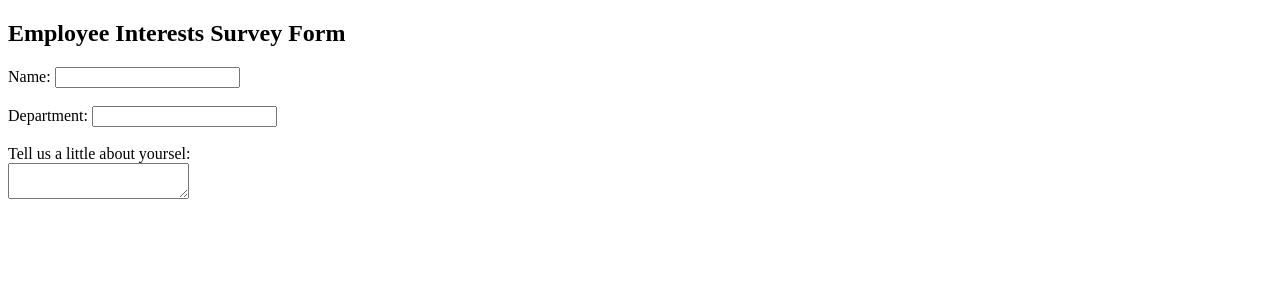
Repository: JoaoLemesDEV/Exercise-Survey-Form
Page: index.html
These files come from the project's save history. The page is drawn as it stood at one moment and after a run of saves; the edit follows.
The browser window is 1280 px wide. The pictures show the whole page.

Above is the page before, as saved 2021-10-10 18:22:27.

### index.html
<!DOCTYPE html>
<html lang="en">
<head>
  <meta charset="UTF-8">
  <meta http-equiv="X-UA-Compatible" content="IE=edge">
  <meta name="viewport" content="width=device-width, initial-scale=1.0">
  <title>Survey Form</title>
</head>
<body>
  <h2>Employee Interests Survey Form</h2>
  <label for="name">Name: </label>
  <input type="text" name="name" id=""><br><br>
  <label for="dep">Department:</label>
  <input type="text" name="dep" id=""><br><br>
  <label for="comment">Tell us a little about yoursel:</label><br>
  <textarea name="comment" id="comment" cols="20" rows="2"></textarea>


</body>
</html>

After the next 2 saves:
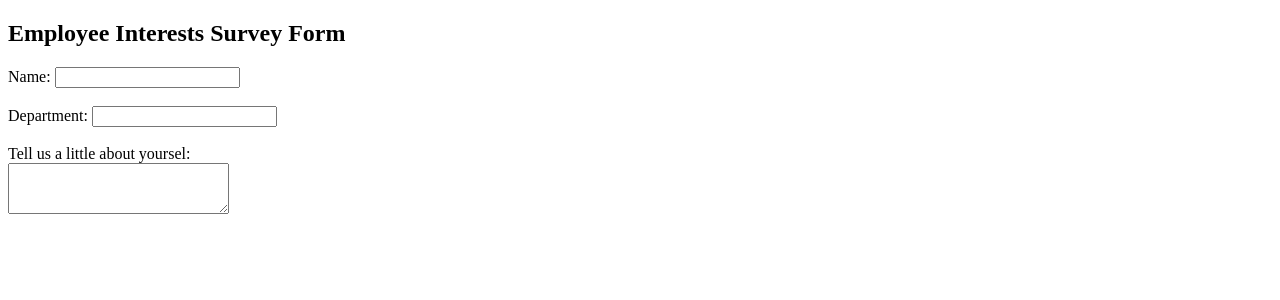
The 2 saves are shown as one change because they came seconds apart.
The last was saved 7 s later.
--- a/index.html
+++ b/index.html
@@ -13,7 +13,7 @@
   <label for="dep">Department:</label>
   <input type="text" name="dep" id=""><br><br>
   <label for="comment">Tell us a little about yoursel:</label><br>
-  <textarea name="comment" id="comment" cols="20" rows="2"></textarea>
+  <textarea name="comment" id="comment" cols="25" rows="3"></textarea>
 
 
 </body>
